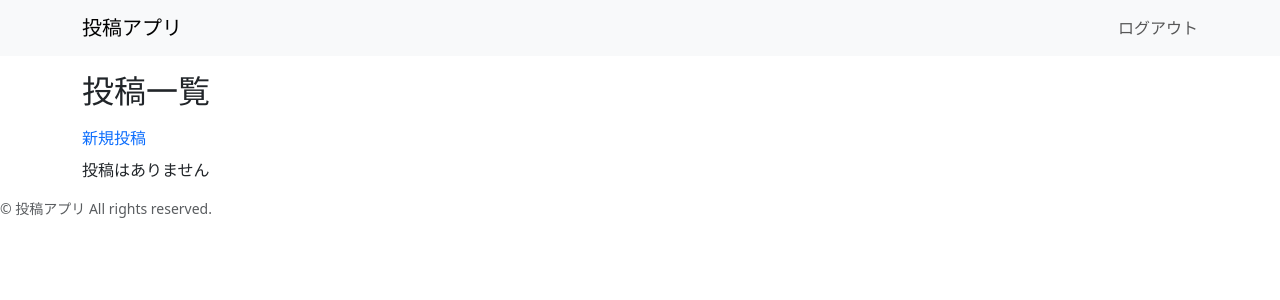
Repository: Yu62ballena/laravel_posting_app
Page: http://localhost/posts
These files come from the project's save history. The page is drawn as it stood at one moment and after the next save; the edit follows.
The browser window is 1280 px wide. The pictures show the whole page.
The page is served by the project's Laravel application, run on PHP 8.4 with Laravel 10. A made-up administrator, Test User (test@example.com), is signed in. Queries for data that is not in the repository find no rows.

Above is the page before, as saved 2024-05-21 13:57:24.

After the next save:
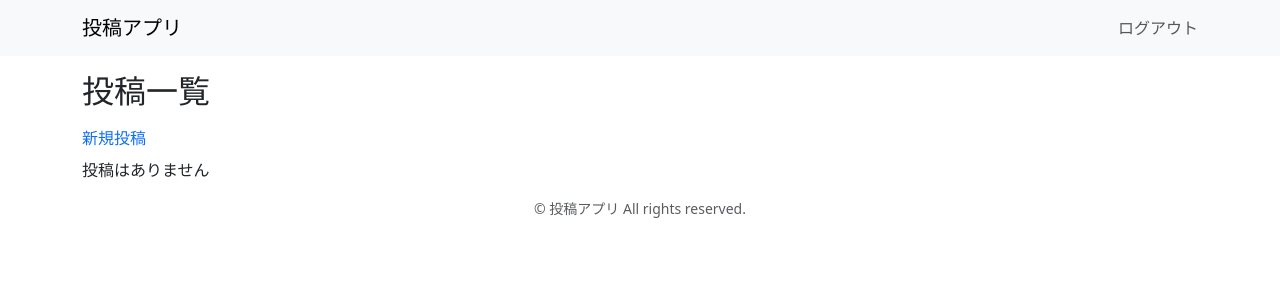
Saved 8 s later.
--- a/resources/views/posts/index.blade.php
+++ b/resources/views/posts/index.blade.php
@@ -69,7 +69,7 @@
             </div>
         </main>
 
-        <footer class="d-flex justify-content">
+        <footer class="d-flex justify-content-center align-items-">
             <p class="text-muted small mb-0">&copy; 投稿アプリ All rights reserved.</p>
         </footer>
 
